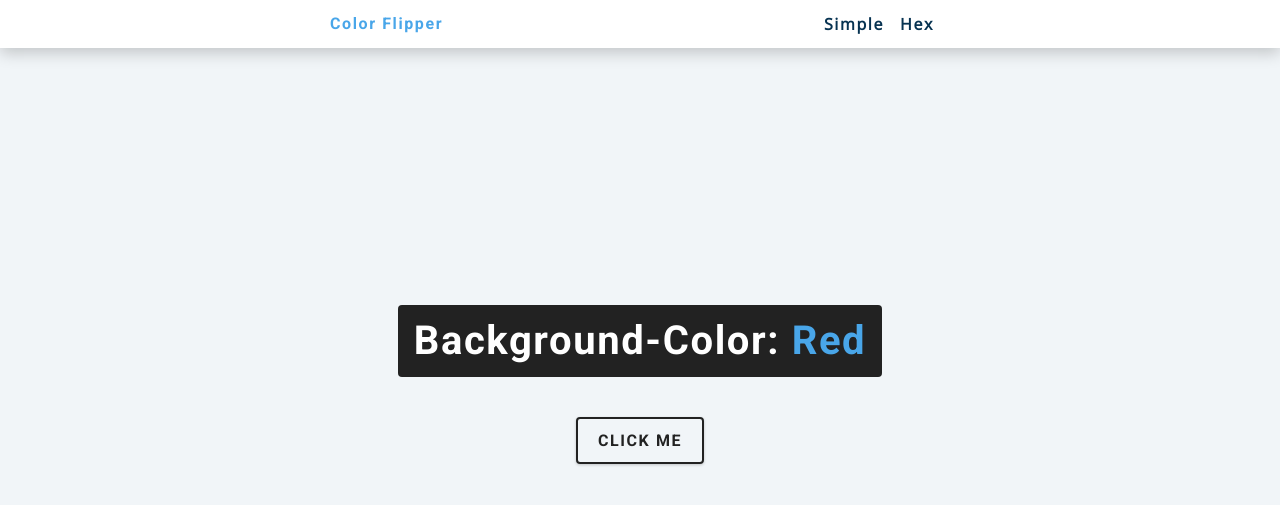
Repository: Vickydew1/ChangeBgcolor
Page: index.html
The author's editor kept a copy of each file at every save. The page is drawn from the files as they stood at one save, then again after the next save.
The browser window is 1280 px wide. The pictures show the whole page.
After loading, the first visible `#btn` was clicked once.

Above is the page before, as saved 2022-01-10 03:28:18.

After the next save:
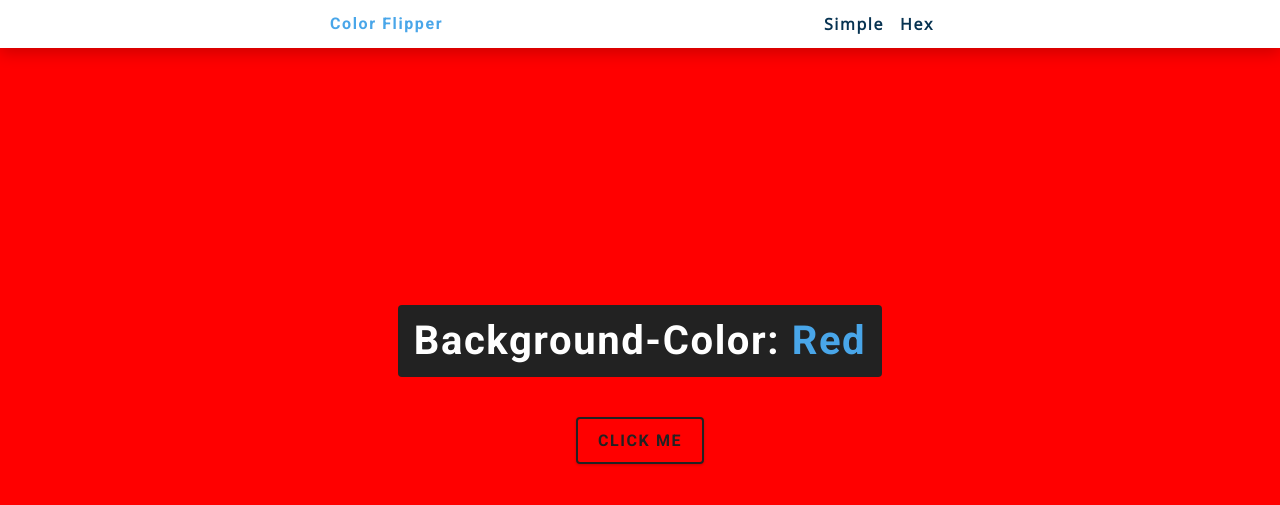
Saved 52 s later.
--- a/app.js
+++ b/app.js
@@ -4,7 +4,7 @@ const color = document.querySelector(".color");
 
 btn.addEventListener("click", function () {
   const randomNumber = getrandomNumber();
-  document.body.style.backgroundColor = colors[getrandomNumber];
+  document.body.style.backgroundColor = colors[randomNumber];
   color.textContent = colors[randomNumber];
 });
 
